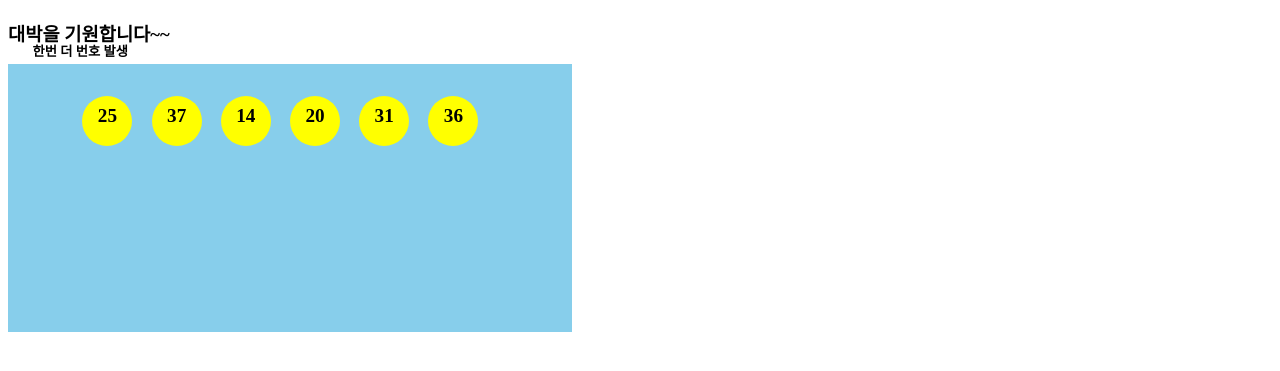
Repository: pvntlc/D-IT-Tech-Internship
Page: work_java/HTMLProject/src/main/webapp/DAY3/03.함수와이벤트/lotto2.html
These files come from the project's save history. The page is drawn as it stood at one moment and after the next save; the edit follows.
The browser window is 1280 px wide. The pictures show the whole page.

Above is the page before, as saved 2023-09-08 03:44:53.

After the next save:
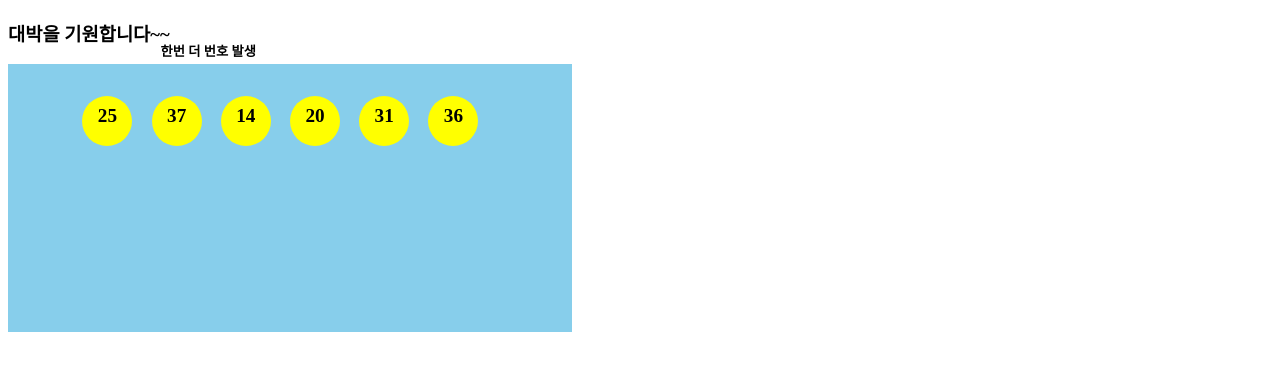
Saved 4 s later.
--- a/work_java/HTMLProject/src/main/webapp/DAY3/03.함수와이벤트/lotto2.html
+++ b/work_java/HTMLProject/src/main/webapp/DAY3/03.함수와이벤트/lotto2.html
@@ -28,7 +28,7 @@
 	}
 	#more{
 		position: fixed;
-  		right: 90%;
+  		right: 80%;
 }
 </style>
 
